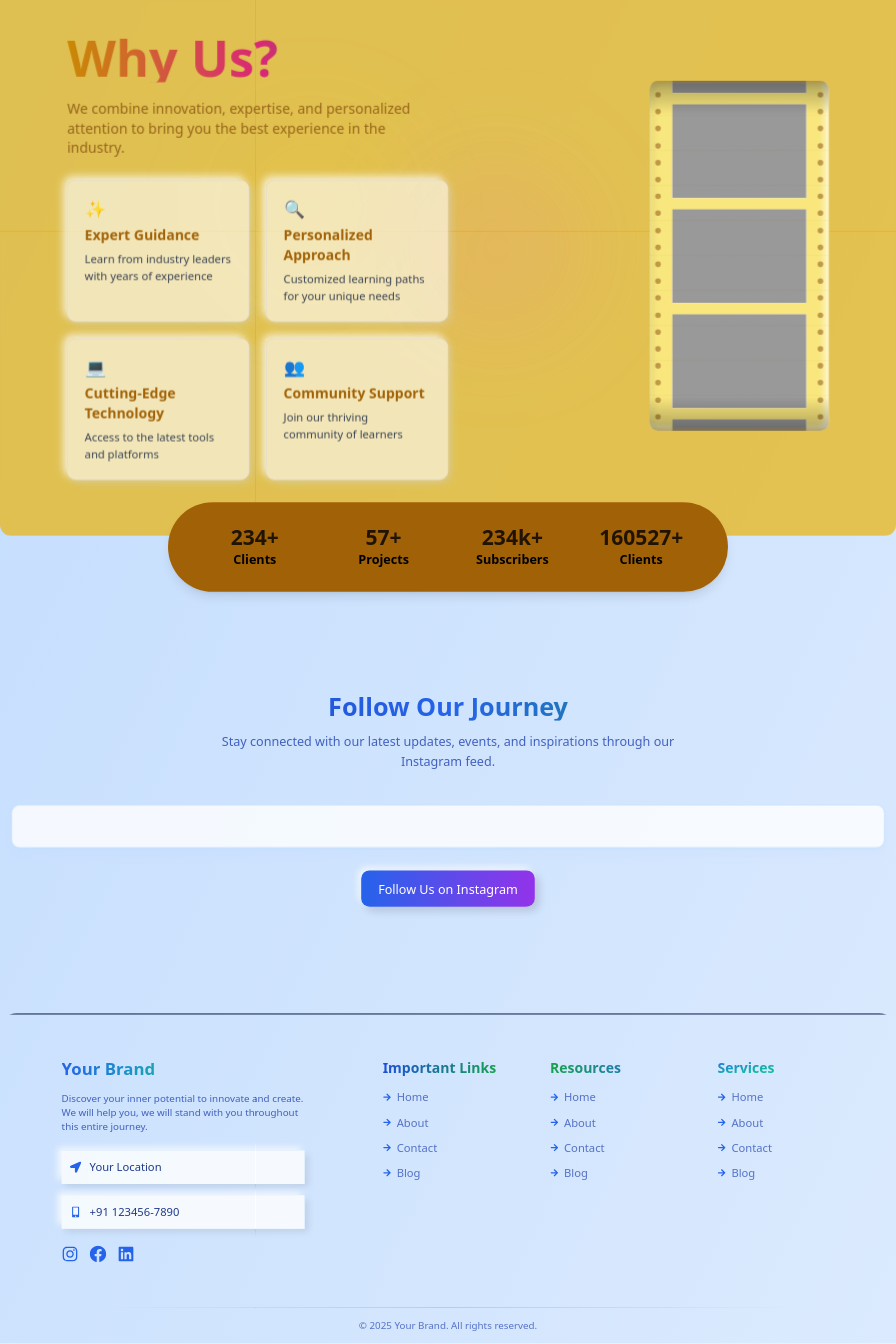
Repository: Kish202/rsacademy
Page: / (app in frontend/)
These files come from the project's save history. The page is drawn as it stood at one moment and after the next save; the edit follows.
The browser window is 1280 px wide. The pictures show the part of the page from y = 818 to 2738 px (the page is 2738 px tall), at 70% of full size.
Pictures or frames that could not be fetched are drawn as grey boxes. The project was rebuilt for these pictures with package versions that can differ from the ones it lists, and the page was loaded fresh each time. Also part of the build but not shown: frontend/vite.config.js, frontend/src/components/ReviewsFeed.jsx.

Above is the page before, as saved 2025-04-27 22:58:33.

After the next save:
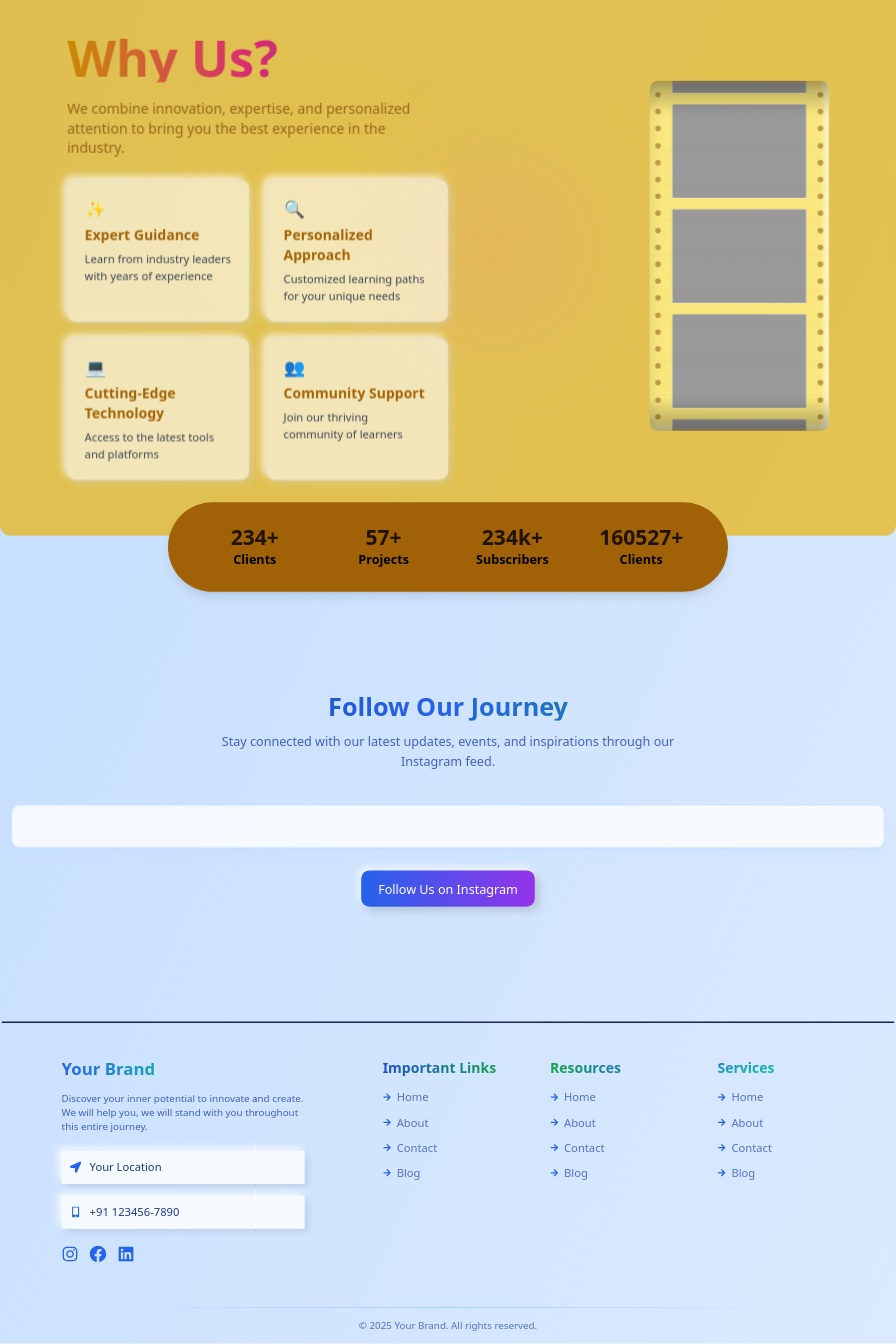
Saved 13 s later.
--- a/frontend/src/components/Footer.jsx
+++ b/frontend/src/components/Footer.jsx
@@ -37,7 +37,7 @@
       ${isDarkMode
         ? ' text-blue-100'
         : ' text-blue-900'}`}>
-<div className="w-full h-0.5 bg-blue-950 rounded-full absolute"></div>
+<div className="w-full h-0.5 m-3 bg-blue-950 rounded-full absolute"></div>
 
       {/* Background Elements */}
       <div className={`absolute top-1/4 left-1/4 w-72 h-72 rounded-full blur-3xl -z-10

After the 2 saves that followed:
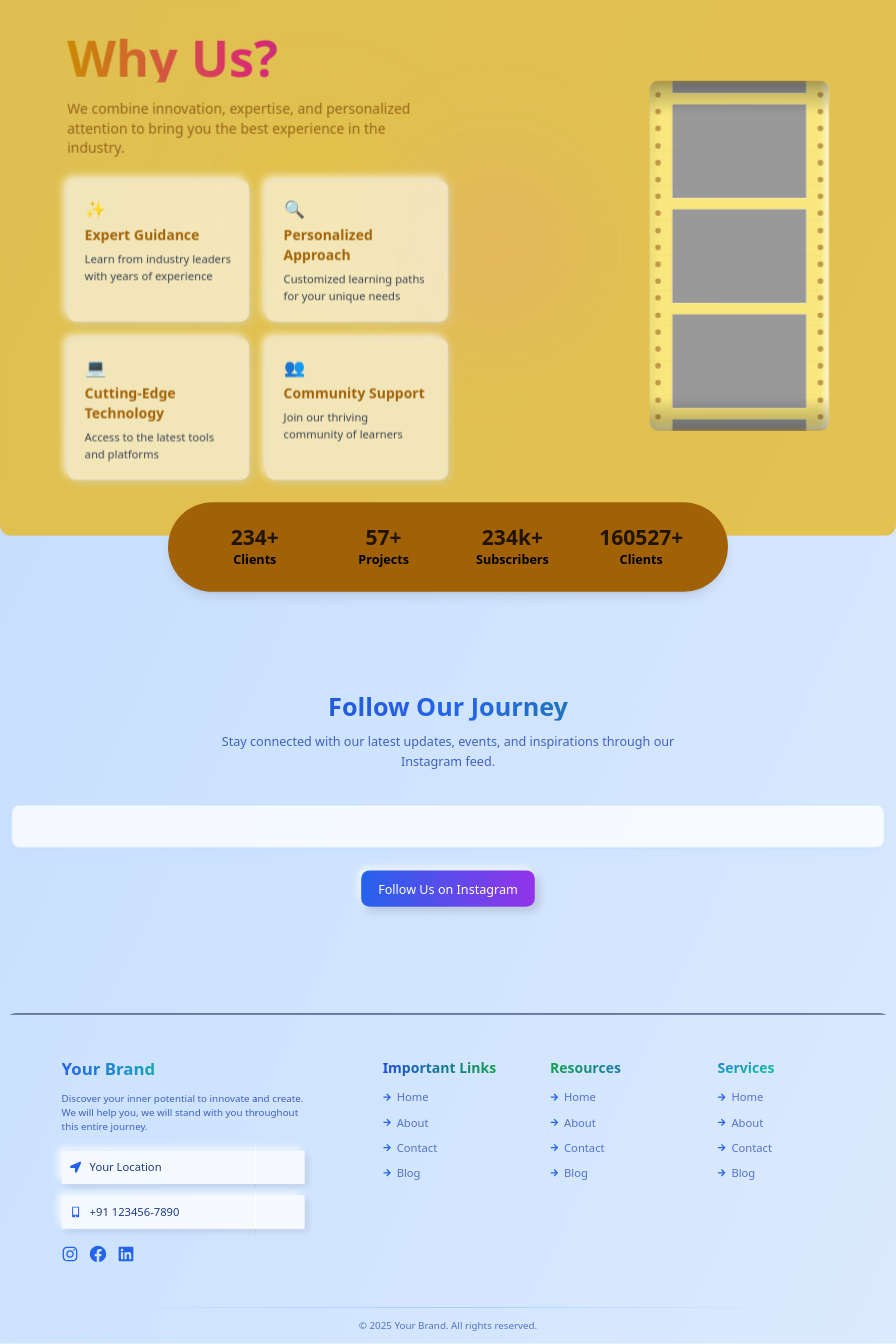
The 2 saves are shown as one change because they came seconds apart.
The last was saved 10 s later.
--- a/frontend/src/components/Footer.jsx
+++ b/frontend/src/components/Footer.jsx
@@ -37,7 +37,7 @@
       ${isDarkMode
         ? ' text-blue-100'
         : ' text-blue-900'}`}>
-<div className="w-full h-0.5 m-3 bg-blue-950 rounded-full absolute"></div>
+<div className="w-full h-0.5 mr bg-blue-950 rounded-full absolute"></div>
 
       {/* Background Elements */}
       <div className={`absolute top-1/4 left-1/4 w-72 h-72 rounded-full blur-3xl -z-10
